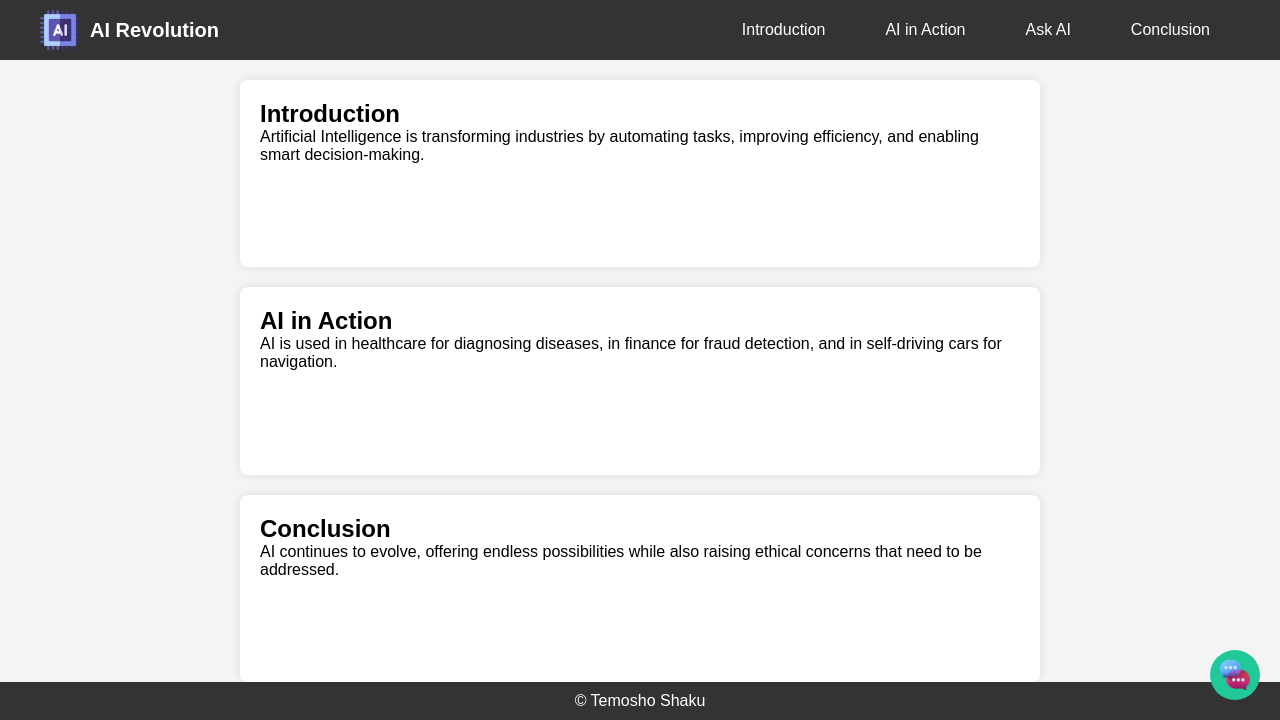
Repository: TemoshoS/ai
Page: index.html
An editor plug-in stored every save of this project. The page is shown before and after a run of saves, followed by the edit.
The browser window is 1280 px wide. The pictures show the whole page.

Above is the page before, as saved 2025-02-16 16:54:36.

### index.html
<!DOCTYPE html>
<html lang="en">
<head>
    <meta charset="UTF-8">
    <meta name="viewport" content="width=device-width, initial-scale=1.0">
    <title>AI Revolution</title>
    <link rel="stylesheet" href="styles.css">
</head>
<body>

    <nav>
        <div class="nav-container">
            <div class="logo">
                <img src="./ai.png" alt="AI Logo">
                <span>AI Revolution</span>
            </div>
            <ul class="nav-links">
                <li><a href="#intro">Introduction</a></li>
                <li><a href="#body">AI in Action</a></li>
                <li><a href="#chatbot">Ask AI</a></li>
                <li><a href="#conclusion">Conclusion</a></li>
            </ul>
        </div>
    </nav>

    <section id="intro">
        <h2>Introduction</h2>
        <p>Artificial Intelligence is transforming industries by automating tasks, improving efficiency, and enabling smart decision-making.</p>
    </section>

    <section id="body">
        <h2>AI in Action</h2>
        <p>AI is used in healthcare for diagnosing diseases, in finance for fraud detection, and in self-driving cars for navigation.</p>
    </section>

    <div id="chatbot">


        <!-- Chat Icon -->
        <div id="chatIcon">
            <img src="./speech-bubble.png" alt="Chat" />
        </div>

        <!-- Chat Box -->
        <div id="chatBox">
            <div class="chat-header">
                <span>AI Chat</span>
                <button id="closeChat">&times;</button>
            </div>
            <div class="chat-body">
                <p>Welcome! Ask me anything.</p>
            </div>
            <input type="text" id="chatInput" placeholder="Type your message...">
            <button id="sendChat">Send</button>
        </div>
    </div>


    <section id="conclusion">
        <h2>Conclusion</h2>
        <p>AI continues to evolve, offering endless possibilities while also raising ethical concerns that need to be addressed.</p>
    </section>

    <footer>
        <p>&copy; Temosho Shaku</p>
    </footer>

    <script src="script.js"></script>
</body>
</html>

### styles.css
/* GLOBAL STYLES */
* {
    margin: 0;
    padding: 0;
    box-sizing: border-box;
}

body {
    font-family: Arial, sans-serif;
    display: flex;
    flex-direction: column;
    min-height: 100vh; /* Ensures the body takes up full height */
    background-color: #f4f4f4;
}

/* NAVIGATION BAR */
nav {
    background: #333;
    padding: 10px 20px;
}

.nav-container {
    display: flex;
    justify-content: space-between;
    align-items: center;
    max-width: 1200px;
    margin: auto;
}

.logo {
    display: flex;
    align-items: center;
}

.logo img {
    width: 40px;
    height: 40px;
    margin-right: 10px;
}

.logo span {
    font-size: 20px;
    color: white;
    font-weight: bold;
}

.nav-links {
    list-style: none;
    display: flex;
    margin: 0;
    padding: 0;
}

.nav-links li {
    margin: 0 15px;
}

.nav-links li a {
    color: white;
    text-decoration: none;
    padding: 10px 15px;
    display: block;
}

.nav-links li a:hover {
    background-color: #20C997;
    border-radius: 5px;
}

/* CONTENT */
section {
    padding: 20px;
    max-width: 800px;
    margin: auto;
    background: white;
    margin-top: 20px;
    border-radius: 8px;
    box-shadow: 0px 0px 10px rgba(0, 0, 0, 0.1);
    flex-grow: 1; /* Ensures sections take remaining space */
}

/* AI CHAT */
input {
    padding: 10px;
    width: 80%;
    border: 1px solid #ccc;
    border-radius: 5px;
    margin-top: 10px;
}

button {
    background-color: #20C997;
    color: white;
    padding: 10px 20px;
    border: none;
    font-size: 16px;
    cursor: pointer;
    margin-top: 10px;
    border-radius: 5px;
}

button:hover {
    background-color: #17a589;
}

#aiResponse {
    font-weight: bold;
    color: #333;
    margin-top: 15px;
}

/* Chat Icon */
#chatIcon {
    position: fixed;
    bottom: 20px;
    right: 20px;
    background-color: #20C997;
    width: 50px;
    height: 50px;
    border-radius: 50%;
    display: flex;
    justify-content: center;
    align-items: center;
    cursor: pointer;
}

#chatIcon img {
    width: 30px;
    height: 30px;
}

/* Chat Box */
#chatBox {
    position: fixed;
    bottom: 80px;
    right: 20px;
    width: 300px;
    background: white;
    box-shadow: 0px 0px 10px rgba(0, 0, 0, 0.2);
    border-radius: 8px;
    display: none;
    flex-direction: column;
}

.chat-header {
    background: #20C997;
    color: white;
    padding: 10px;
    display: flex;
    justify-content: space-between;
    align-items: center;
    font-weight: bold;
}

.chat-header button {
    background: none;
    border: none;
    color: white;
    font-size: 20px;
    cursor: pointer;
}

.chat-body {
    padding: 10px;
    max-height: 200px;
    overflow-y: auto;
}

#chatInput {
    width: 80%;
    padding: 10px;
    border: 1px solid #ccc;
    border-radius: 5px;
    margin: 10px;
}

#sendChat {
    background-color: #20C997;
    color: white;
    padding: 10px;
    border: none;
    cursor: pointer;
    border-radius: 5px;
}

/* FOOTER */
footer {
    background-color: #333;
    color: white;
    padding: 10px;
    text-align: center;
    margin-top: auto; /* Ensures the footer is at the bottom */
}

/* Responsive Styles */
@media screen and (max-width: 768px) {
    .nav-links {
        flex-direction: column;
        align-items: center;
    }

    .nav-links li {
        margin: 10px 0;
    }

    #chatBox {
        width: 80%;
        right: 10px;
        bottom: 70px;
    }

    #chatInput {
        width: 70%;
    }
}

### script.js
document.getElementById("chatIcon").addEventListener("click", function () {
    document.getElementById("chatBox").style.display = "flex";
});

document.getElementById("closeChat").addEventListener("click", function () {
    document.getElementById("chatBox").style.display = "none";
});

document.getElementById("sendChat").addEventListener("click", function () {
    let userInput = document.getElementById("chatInput").value.trim();
    let chatBody = document.querySelector(".chat-body");

    if (!userInput) {
        alert("Please enter a message!");
        return;
    }

    // Display user message
    let userMessage = document.createElement("p");
    userMessage.style.textAlign = "right";
    userMessage.style.color = "#20C997";
    userMessage.innerText = "You: " + userInput;
    chatBody.appendChild(userMessage);

    document.getElementById("chatInput").value = "";

    // Simulate AI response
    setTimeout(() => {
        let fakeResponses = [
            "AI helps automate repetitive tasks.",
            "Machine learning enables computers to learn from data.",
            "AI is used in chatbots, self-driving cars, and healthcare.",
            "AI raises ethical concerns, including bias and job automation.",
            "AI can improve cybersecurity by detecting threats."
        ];

        let randomResponse = fakeResponses[Math.floor(Math.random() * fakeResponses.length)];

        let aiMessage = document.createElement("p");
        aiMessage.style.textAlign = "left";
        aiMessage.style.color = "#333";
        aiMessage.innerText = "AI: " + randomResponse;
        chatBody.appendChild(aiMessage);

        chatBody.scrollTop = chatBody.scrollHeight;
    }, 1500);
});

After the next 2 saves:
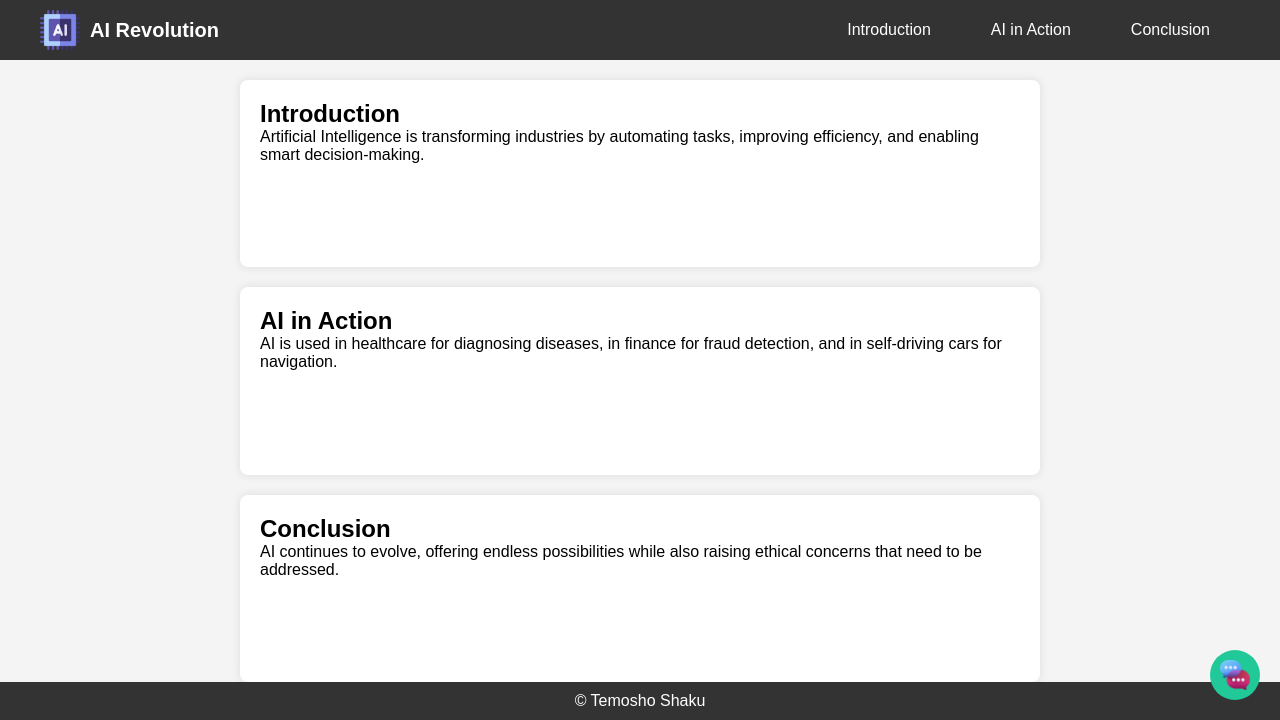
The 2 saves are shown as one change because they came seconds apart.
The last was saved 80 s later.
--- a/index.html
+++ b/index.html
@@ -17,7 +17,7 @@
             <ul class="nav-links">
                 <li><a href="#intro">Introduction</a></li>
                 <li><a href="#body">AI in Action</a></li>
-                <li><a href="#chatbot">Ask AI</a></li>
+
                 <li><a href="#conclusion">Conclusion</a></li>
             </ul>
         </div>
